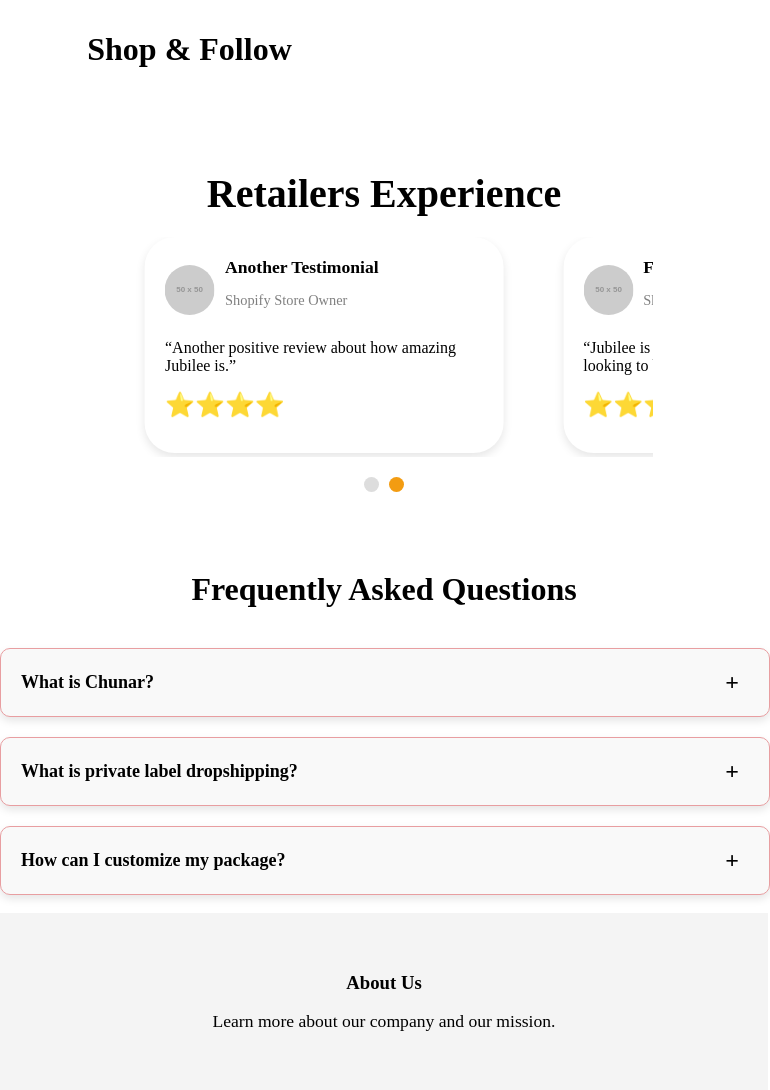
Repository: Nn-Exe/chunar-ecommerce
Page: / (app in ecommerce-frontend/)
The author's editor kept a copy of each file at every save. The page is drawn from the files as they stood at one save, then again after the next save.
The browser window is 768 px wide. The page is 770 px wide, so the pictures cover 770 px, including what lies to the right of the window. The pictures show the part of the page from y = 1637 to 3035 px (the page is 2727 px tall before and 3035 px after).
Pictures or frames that could not be fetched are drawn as grey boxes. The page's requests for data from a server got no answer. The project was rebuilt for these pictures with package versions that can differ from the ones it lists, and the page was loaded fresh each time. No one was signed in, and anything a server would have sent is missing.

Above is the page before, as saved 2024-09-12 17:40:44.

### ecommerce-frontend/public/index.html
<!DOCTYPE html>
<html lang="en">
  <head>

    <!-- <meta name="viewport" content="width=device-width, initial-scale=1, shrink-to-fit=no"> -->
    <meta charset="utf-8" />
    <link rel="icon" href="%PUBLIC_URL%/favicon.ico" />
    <meta name="viewport" content="width=device-width, initial-scale=1" />
    <meta name="theme-color" content="#000000" />
    <meta
      name="description"
      content="Web site created using create-react-app"
    />
    <link rel="apple-touch-icon" href="%PUBLIC_URL%/logo192.png" />
    <!--
      manifest.json provides metadata used when your web app is installed on a
      user's mobile device or desktop. See https://developers.google.com/web/fundamentals/web-app-manifest/
    -->
    <link rel="manifest" href="%PUBLIC_URL%/manifest.json" />
    <!--
      Notice the use of %PUBLIC_URL% in the tags above.
      It will be replaced with the URL of the `public` folder during the build.
      Only files inside the `public` folder can be referenced from the HTML.

      Unlike "/favicon.ico" or "favicon.ico", "%PUBLIC_URL%/favicon.ico" will
      work correctly both with client-side routing and a non-root public URL.
      Learn how to configure a non-root public URL by running `npm run build`.
    -->
    <title>React App</title>
  </head>
  <body>
    <noscript>You need to enable JavaScript to run this app.</noscript>
    <div id="root"></div>
    <!--
      This HTML file is a template.
      If you open it directly in the browser, you will see an empty page.

      You can add webfonts, meta tags, or analytics to this file.
      The build step will place the bundled scripts into the <body> tag.

      To begin the development, run `npm start` or `yarn start`.
      To create a production bundle, use `npm run build` or `yarn build`.
    -->
  </body>
</html>

### ecommerce-frontend/src/App.js
import React, { useState, useEffect } from 'react';
import './App.css';
import { BrowserRouter as Router, Route, Routes } from 'react-router-dom';  // Importing React Router
import Navbar from './components/Navbar';  // Correct way to import default export
import HeroSection from './components/HeroSection';  // Correct way to import default export
import ProductList from './components/ProductList';  // Correct way to import default export
import Faq from './components/Faq';  // Import the Faq component from the components folder
import TestimonialCarousel from './components/TestimonialCarousel';
import VideoGridAndSocial from './components/VideoGridAndSocial';


// Home page component (the default view)
function Home({ products }) {
  return (
    <div className="home-page">
      {/* Hero Section */}
      <div className="hero-container">
        <HeroSection />
      </div>

      {/* Featured Products Section */}
      <section className="products-section">
        <div className="section-header">
          <h2>Featured Products</h2>
        </div>

        <div className="product-grid">
          <ProductList products={products} />
        </div>
      </section>

      <br />

      {/* FAQ Section */}

      <VideoGridAndSocial/>
      <TestimonialCarousel />
      <Faq />  {/* Using the imported Faq component */}

      {/* Add more sections here */}

      <br />

      <section className="about-section">
        <div className="about-content">
          <h3>About Us</h3>
          <p>Learn more about our company and our mission.</p>
        </div>
      </section>
    </div>
  );
}


function Contacts() {
  return <h2>Contacts Page</h2>;
}

// function SocialMedia() {
//   // External link can be opened using an anchor tag, so no need for a separate page.
//   window.location.href = "https://linktr.ee/chunar.co";  // Redirect to external social media page
//   return null;
// }

function App() {
  const [products, setProducts] = useState([]);

  useEffect(() => {
    fetch('http://localhost:5000/api/products')
      .then((response) => response.json())
      .then((data) => setProducts(data))
      .catch((error) => console.error('Error fetching products:', error));
  }, []);

  return (
    <Router>
      <div className="App">
        <header className="App-header">
          <h1>Chunar.Co</h1>
          <Navbar />
        </header>

        <Routes>
          {/* Home page route */}
          <Route path="/" element={<Home products={products} />} />

          {/* Other pages */}
          {/* <Route path="/SocialMedia" element={<SocialMedia />} /> */}
          <Route path="/contacts" element={<Contacts />} />

          {/* Redirect to external social media link
          <Route path="/social-media" element={<SocialMedia />} /> */}
        </Routes>
      </div>
    </Router>
  );
}

export default App;

### ecommerce-frontend/src/App.css
/* Global for entire app */

* {
  font-family: 'Times New Roman', Times, serif;
}



/* .border-pink-pastel {
  --border: #f9a8d4;
} */


/* ------------- Main Structure ------------ */

.App-header {
  background-color: white;
  color: black;
  padding: 20px;
  text-align: center;
}

nav ul {
  list-style-type: none;
  padding: 0;
  margin: 0;
  display: flex;
  justify-content: center;
  gap: 20px;
}

nav ul li a {
  color: black;
  text-decoration: none;
  font-size: 16px;
}

.hero {
  position: relative;
  text-align: center;
}

.hero-banner {
  width: 100%;
  height: 700px;
  object-fit: cover;
}

.hero-text {
  position: absolute;
  top: 50%;
  left: 50%;
  transform: translate(-50%, -50%);
  color: white;
  font-size: 24px;
  font-weight: bold;
}

.products {
  padding: 40px;
  text-align: center;
}

.product-list {
  display: grid;
  grid-template-columns: repeat(5, 1fr);
  gap: 20px;
}

.product-card {
  border: 1px solid #ddd;
  padding: 20px;
  text-align: center;
  transition: transform 0.3s;
  border-radius: 20px;
  border-color: #e89ea1;
}

.product-card img {
  max-width: 100%;
  height: auto;
  margin-bottom: 10px;
}

.product-card:hover {
  transform: scale(1.05);
}


.product-card img {
  width: 200px;
  height: 200px;
  object-fit: cover;   /* Ensures the image covers the given area */
  border-radius: 10px; /* Optional: adds rounded corners */
}



/* ----------- Home Div -------------- */

/* App.css */

.home-page {
  display: flex;
  flex-direction: column;
  align-items: center;
}

/* Hero Section */
.hero-container {
  width: 100%;
  margin-bottom: 20px;
}

/* Products Section */
.products-section {
  width: 80%;
  margin: 0 auto;
}

.section-header h2 {
  text-align: center;
  font-size: 2rem;
  margin-bottom: 20px;
}

/* About Section */
.about-section {
  background-color: #f4f4f4;
  padding: 40px;
  width: -webkit-fill-available;
  text-align: center;
}

.about-section h3 {
  margin-bottom: 10px;
}

.about-section p {
  font-size: 1.1rem;
}


/* ----------- FAQ Section ---------------- */


/* Center the FAQ section */
.faq-section {
  max-width: 800px; /* Set a larger max-width for the entire FAQ section */
  width: 100%;      /* Ensure it takes up 100% of the available width */
  margin: 0 auto;   /* Center the FAQ section on the page */
  text-align: center;
}

/* Style the header separately */
.faq-section h2 {
  font-size: 32px;
  margin-bottom: 40px;
}

/* Grid layout for the FAQ items (excluding the header) */
.faq-items {
  display: grid;
  grid-template-columns: 1fr; /* One column layout */
  gap: 20px; /* Space between the FAQ items */
}

/* Style each FAQ item */
.faq-item {
  border: 1px solid #ddd;
  border-radius: 10px;
  width: 100%; /* Make the FAQ item take up 100% of the container */
  background-color: #f9f9f9;
  box-shadow: 0 4px 8px rgba(0, 0, 0, 0.1);
  transition: transform 0.5s ease-in-out, background-color 330ms ease-in-out, box-shadow 330ms ease-in-out;
  overflow: hidden; /* Ensure content is hidden initially */
  border-color: #e89ea1;
}

/* Box hover effect */
.faq-item:hover {
  box-shadow: 0 6px 12px rgba(0, 0, 0, 0.1);
  background-color: #f1f1f1;
}

/* Active FAQ item */
.faq-item.active {
  background-color: #ececec;
}

/* Style the FAQ question (clickable area) */
.faq-question {
  padding: 20px;
  cursor: pointer;
  display: flex;
  justify-content: space-between;
  align-items: center;
  font-weight: bold;
  font-size: 18px;
  width: 100%; /* Full width for the question area */
  box-sizing: border-box;
}

/* Style the FAQ answer */
.faq-answer {
  padding: 0 20px;
  overflow: hidden;
  max-height: 0;
  opacity: 0;
  transition: max-height 0.5s ease, opacity 0.5s ease;
  width: 100%; /* Full width for the answer area */
  box-sizing: border-box;
}

/* When the FAQ item is active, show the answer with a smooth transition */
.faq-item.active .faq-answer {
  max-height: 500px;
  opacity: 1;
  padding-bottom: 20px;
}

/* Style the icon for toggling */
.icon {
  font-size: 24px;
  font-weight: bold;
  transition: transform 0.3s ease;
}

.faq-item.active .icon {
  transform: rotate(45deg);
}

/* -----------  TestimonialCarousel ------------- */


/* Style for the testimonial section */
.testimonial-section {
  text-align: center;
  /* max-width: 800px; */
  margin: 0 auto;
  padding: 50px 0;
  padding-bottom: 3rem;
  padding-top: 3rem;
  width: 70%
}

.testimonial-section h2 {
  font-size: 2.5rem;
  margin-bottom: 20px;
}

/* Carousel container */
.carousel {
  display: flex;
  overflow: hidden;
  max-width: 100%; /* Ensure full width */
  margin: 0 auto;
}

.carousel-inner {
  display: flex;
  transition: transform 0.5s ease-in-out;
  width: calc(200% * 2); /* Width for two testimonials per slide */
}

/* Each card wrapper for two cards per slide */
.testimonial-card-wrapper {
  display: flex;
  flex: 0 0 50%; /* Each card takes 50% of the slide width */
  box-sizing: border-box;
  padding: 0 10px;
}

/* Testimonial card styling */
.testimonial-card {
  background-color: #fff;
  padding: 20px;
  border-radius: 30px;
  box-shadow: 0 4px 10px rgba(0, 0, 0, 0.1);
  text-align: left;
  margin: 0 auto;
  width: 80%;
  height: 80%;
  position: center;
  border-color: #e89ea1;
}

.profile {
  display: flex;
  align-items: center;
}

.profile img {
  border-radius: 50%;
  margin-right: 10px;
}

.profile-details h4 {
  font-size: 1.1rem;
  margin: 0;
}

.profile-details p {
  font-size: 0.9rem;
  color: gray;
}

.stars {
  font-size: 1.5rem;
  color: #f39c12;
  margin-top: 10px;
}

/* Navigation dots */
.dots {
  margin-top: 20px;
}

.dot {
  height: 15px;
  width: 15px;
  margin: 0 5px;
  background-color: #ddd;
  border-radius: 50%;
  display: inline-block;
  cursor: pointer;
}

.active {
  background-color: #f39c12;
}


/* --------------- VideoGrid -------------------- */

/* Container for the grid layout */
.grid-container {
  display: grid;
  grid-template-columns: 1.5fr 1fr 1fr 1fr; /* Large video, two small videos, social media */
  gap: 20px;
  max-width: 1000px; /* Increased max-width to accommodate 3 sections */
  margin: 0 auto;
}

/* Large video on the left */
.large-item {
  position: relative;
}

/* Small videos next to the large video */
.small-items {
  display: flex;
  flex-direction: column;
  gap: 20px;
  justify-content: space-between;
}

.small-item {
  position: relative;
}

.grid-video {
  width: 100%;
  border-radius: 10px;
  box-shadow: 0 4px 8px rgb(255, 255, 255);
}

.large-item .grid-video {
  aspect-ratio: 9 / 16; /* 9:16 aspect ratio for the large video */
}

.small-item .grid-video {
  aspect-ratio: 3 / 4; /* 3:4 aspect ratio for the small videos */
}

/* Social Media links styling */
.social-media {
  display: flex;
  flex-direction: column;
  justify-content: center;
  align-items: center;
}

.social-media h1 {
  margin-bottom: 20px;
}

.links-container {
  display: flex;
  flex-direction: column;
  gap: 20px;
}

.link-block {
  display: flex;
  align-items: center;
  justify-content: center;
  padding: 15px;
  width: 80%;
  background-color: #e89ea1;
  color: black;
  font-size: 1.2rem;
  text-decoration: none;
  border-radius: 30px;
  box-shadow: 0 4px 10px rgba(0, 0, 0, 0.2);
  transition: background-color 0.3s, transform 0.3s;
}

.link-block:hover {
  background-color: #f06d73;
  transform: scale(1.02);
}

.icon-image {
  margin-right: 10px;
  height: 24px;
}

.icon {
  margin-right: 10px;
  font-size: 24px;
}

/* --------------- Mobile ---------------------------- */

@media (max-width: 768px) {
  /* Mobile Styles */

  .App-header {
    background-color: white;
    color: black;
    padding: 10px;
    text-align: center;
    width: 100%; /* Ensure the header takes up the full width */
    box-sizing: border-box; /* Ensure padding doesn't affect width */
    margin: 0 auto; /* Center the content inside */
  }

  nav ul {
    flex-direction: row; /* Stack items vertically on mobile */
    gap: 10px;
  }

  nav ul li a {
    font-size: 12px; /* Reduce font size for mobile */
  }

  .hero-banner {
    height: 150px; /* Reduce the height for mobile */
    object-fit: cover; /* Ensures the image scales properly */
  }
  .products {
    padding: 20px; /* Maintain smaller padding for mobile */
  }

  .product-list {
    grid-template-columns: repeat(2, 1fr); /* 2 products per row on mobile */
    gap: 15px;
  }

  .product-card {
    min-height: 240px; /* Reduced min-height to make the cards more compact */
    padding: 10px; /* Slightly reduced padding */
    box-sizing: border-box; /* Ensure padding is included in the total size */
    display: flex;
    flex-direction: column;
    justify-content: space-between; /* Ensures content is aligned properly */
  }

  .product-card img {
    height: 100px; /* Reduced image height to fit within the smaller product card */
    width: auto;
    object-fit: cover; /* Maintain aspect ratio */
  }

  .product-card p {
    margin-top: 8px; /* Slightly reduced margin */
    word-wrap: break-word; /* Ensure long text wraps correctly */
  }

  /* Adjust the layout to two columns for large video and image */
  .grid-container {
    display: grid;
    grid-template-columns: 1fr 1fr; /* Two columns: large video on the left, image on the right */
    gap: 10px;
    max-width: 100%; /* Full width for mobile */
    margin: 0 auto;
  }

  /* Large video on the left */
  .large-item {
    grid-column: 1 / 2;
    display: flex; /* Apply flexbox */
    justify-content: center; /* Center horizontally */
    align-items: center; /* Center vertically */
    padding-left: 5px;
    transform: scale(1.02); /* Increase size by 5% */
  }

  .image-item img[alt="Image 1"] {
    display: none; /* Hide the image with alt="Image 1" */
  }

  /* Image on the right, next to large video */
  .image-item {
    grid-column: 2 / 3;
    display: flex;
    justify-content: center;
    align-items: center;
  }

  .image-item img {
    width: 85%; /* Ensure the image takes up the full column */
    height: auto; /* Keep aspect ratio */
    object-fit: cover;
  }

  /* Small videos paired with social media links below */
  .small-items {
    grid-column: 1 / -1; /* Span across both columns */
    display: grid;
    grid-template-columns: 1fr 1fr; /* Two columns: small video and social media link */
    gap: 10px;
    margin-top: 20px;
    justify-content: center; /* Center horizontally */
    align-items: center; /* Center vertically */
    padding-left: 5px;
    padding-right: 5px;
  }

  .small-item {
    display: flex;
    justify-content: center;
    align-items: center;
  }

  .small-item .grid-video {
    height: auto; /* Automatically adjusts the height based on the aspect ratio */
    width: 100%; /* Take up the full width of the container */
    aspect-ratio: 3 / 4; /* Maintain the 3:4 aspect ratio */
  }


  .link-block {
    display: none;
    align-items: center;
    justify-content: center;
    padding: 10px;
    font-size: 1rem;
    text-align: center;
    width: 100%; /* Full width */
    background-color: #e89ea1;
    color: black;
    border-radius: 30px;
    box-shadow: 0 4px 10px rgba(0, 0, 0, 0.2);
  }

}

### ecommerce-frontend/src/components/Navbar.js
import React from 'react';
import { Link } from 'react-router-dom';

function Navbar() {
  return (
    <nav>
      <ul>
        <li><Link to="/">Home</Link></li>  {/* Links to the home page */}
        <li><Link to="/SocialMedia">Social Media</Link></li>  {/* Links to the live page */}
        {/* <li><a href="https://linktr.ee/chunar.co" target="_blank" rel="noopener noreferrer">Social Media</a></li> Opens external link in new tab */}
        <li><Link to="/contacts">Contacts</Link></li>  {/* Links to the contacts page */}
      </ul>
    </nav>
  );
}

export default Navbar;

### ecommerce-frontend/src/components/HeroSection.js
import React from 'react';

function HeroSection() {
  return (
    <section className="hero">
      <img src="https://raw.githubusercontent.com/Nn-Exe/chunar-images/master/banner/chunar%20banner.png" alt="Banner" className="hero-banner" />
      <div className="hero-text">
        {/* <h2>Three things cannot be long hidden: The Sun, The Moon, and The Truth.</h2> */}
      </div>
    </section>
  );
}

export default HeroSection;  // Ensure you have this line

### ecommerce-frontend/src/components/ProductList.js
import React from 'react';

function ProductList({ products }) {
  return (
    <div className="product-list">
      {products.length === 0 ? (
        <p>Loading products...</p>
      ) : (
        products.map((product) => (
          <div key={product.id} className="product-card">
              <img
                src={product.image}
                alt={product.name}
                className="product-image"
              />
            <h3>{product.name}</h3>
            <p>{product.description}</p>
            <p>{product.price} ฿</p>
          </div>
        ))
      )}
    </div>
  );
}

export default ProductList;

### ecommerce-frontend/src/components/Faq.js
import React, { useState } from 'react';

const Faq = () => {
  const [activeIndex, setActiveIndex] = useState(null);

  const toggleFaq = (index) => {
    setActiveIndex(activeIndex === index ? null : index);
  };

  return (
    <div className="faq-section">
      <h2>Frequently Asked Questions</h2>

      <div className="faq-items"> {/* Grid layout for the items */}
        <div className={`faq-item ${activeIndex === 0 ? 'active' : ''}`}>
          <div className="faq-question" onClick={() => toggleFaq(0)}>
            <span>What is Chunar?</span>
            <span className="icon">{activeIndex === 0 ? '-' : '+'}</span>
          </div>
          {activeIndex === 0 && (
            <div className="faq-answer">
              <p>Chunar is a dropshipping marketplace that lets you build your own cosmetic and skincare line with minimal upfront costs...</p>
            </div>
          )}
        </div>

        <div className={`faq-item ${activeIndex === 1 ? 'active' : ''}`}>
          <div className="faq-question" onClick={() => toggleFaq(1)}>
            <span>What is private label dropshipping?</span>
            <span className="icon">{activeIndex === 1 ? '-' : '+'}</span>
          </div>
          {activeIndex === 1 && (
            <div className="faq-answer">
              <p>Private label dropshipping allows you to sell products from suppliers with your own branding...</p>
            </div>
          )}
        </div>

        <div className={`faq-item ${activeIndex === 2 ? 'active' : ''}`}>
          <div className="faq-question" onClick={() => toggleFaq(2)}>
            <span>How can I customize my package?</span>
            <span className="icon">{activeIndex === 2 ? '-' : '+'}</span>
          </div>
          {activeIndex === 2 && (
            <div className="faq-answer">
              <p>Private labeling is a great way to showcase your brand...</p>
            </div>
          )}
        </div>
      </div>
    </div>
  );
};

export default Faq;

### ecommerce-frontend/src/components/TestimonialCarousel.js
import React, { useState, useEffect } from 'react';


const TestimonialCarousel = () => {
  const [currentSlide, setCurrentSlide] = useState(0);

  const testimonials = [
    {
      name: 'Supisara Permsuk',
      title: 'Chunar.Co Store Owner',
      text: '“I can’t say enough good things about Chunar. Our dropshipping model is efficient, and the product quality is excellent...”',
      stars: 5,
    },
    {
      name: 'Supapis Permsuk',
      title: 'Chunar.Co Store Owner',
      text: '“Starting my own beauty brand seemed daunting, but Jubilee made it incredibly easy. The customization options are fantastic...”',
      stars: 5,
    },
    {
      name: 'Another Testimonial',
      title: 'Shopify Store Owner',
      text: '“Another positive review about how amazing Jubilee is.”',
      stars: 4,
    },
    {
      name: 'Final Testimonial',
      title: 'Shopify Store Owner',
      text: '“Jubilee is a great choice for entrepreneurs looking to build their own brand.”',
      stars: 5,
    }
  ];

  // Calculate the number of slides needed (two testimonials per slide)
  const totalSlides = Math.ceil(testimonials.length / 2);

  // Auto-slide functionality
  useEffect(() => {
    const interval = setInterval(() => {
      setCurrentSlide((prevSlide) => (prevSlide + 1) % totalSlides);
    }, 4000); // Slide every 4 seconds
    return () => clearInterval(interval); // Cleanup interval on component unmount
  }, [totalSlides]);

  // Function to move the slides manually
  const moveSlide = (index) => {
    setCurrentSlide(index);
  };

  return (
    <div className="testimonial-section">
      <h2>Retailers Experience</h2>
      <div className="carousel">
        <div
          className="carousel-inner"
          style={{
            transform: `translateX(-${currentSlide * 100}%)`, // Move by 100% per slide
          }}
        >
          {testimonials.map((testimonial, index) => (
            <div className="testimonial-card-wrapper" key={index}>
              <div className="testimonial-card">
                <div className="profile">
                  <img
                    src="https://via.placeholder.com/50"
                    alt="Profile"
                  />
                  <div className="profile-details">
                    <h4>{testimonial.name}</h4>
                    <p>{testimonial.title}</p>
                  </div>
                </div>
                <p>{testimonial.text}</p>
                <div className="stars">
                  {'⭐'.repeat(testimonial.stars)}
                </div>
              </div>
            </div>
          ))}
        </div>
      </div>

      {/* Dots for navigation */}
      <div className="dots">
        {[...Array(totalSlides)].map((_, index) => (
          <span
            key={index}
            className={`dot ${index === currentSlide ? 'active' : ''}`}
            onClick={() => moveSlide(index)}
          ></span>
        ))}
      </div>
    </div>
  );
};

export default TestimonialCarousel;

Loaded but not shown: ecommerce-frontend/src/index.js (common file); ecommerce-frontend/src/index.css (common file); ecommerce-frontend/src/reportWebVitals.js (common file); ecommerce-frontend/src/components/VideoGridAndSocial.js (143 lines, source omitted)

After the next save:
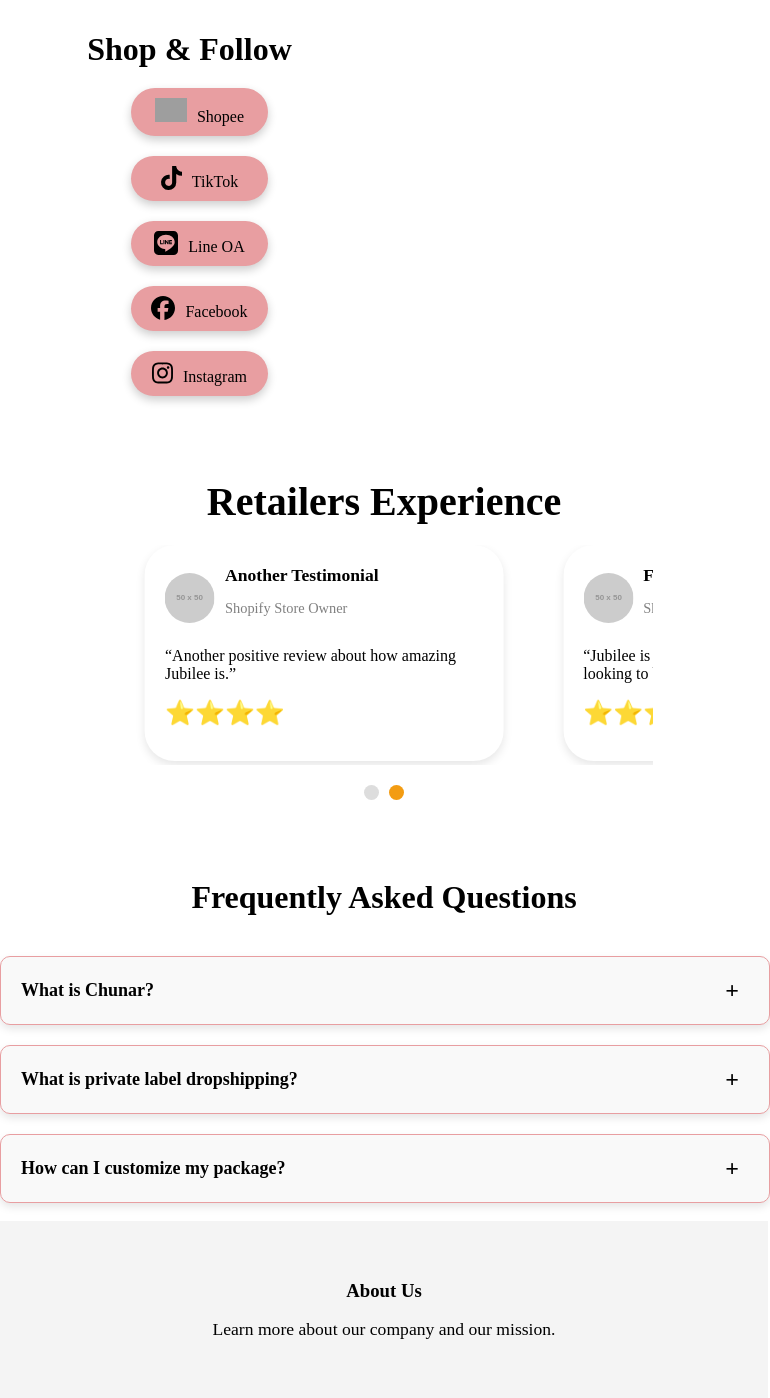
Saved 51 s later.
--- a/ecommerce-frontend/src/App.css
+++ b/ecommerce-frontend/src/App.css
@@ -542,7 +542,7 @@ nav ul li a {
 
 
   .link-block {
-    display: none;
+    display: inline;
     align-items: center;
     justify-content: center;
     padding: 10px;
